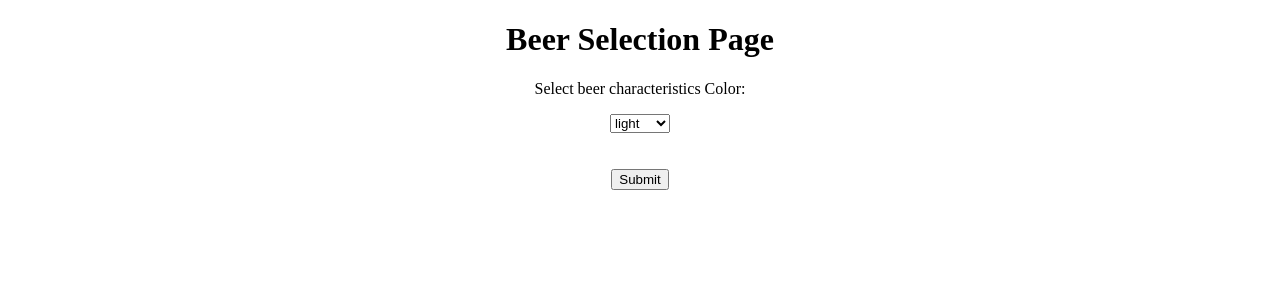
Repository: vedang03/servlet-jsp
Page: http://localhost/10-beer-app/beerSelect.jsp
The author's editor kept a copy of each file at every save. The page is drawn from the files as they stood at one save, then again after the next save.
The browser window is 1280 px wide. The pictures show the whole page.
The page is served by Tomcat 9. Other server files are loaded and not shown.

Above is the page before, as saved 2023-10-14 15:34:39.

### 10-beer-app/WebContent/beerSelect.jsp
<%@ page language="java" contentType="text/html; charset=ISO-8859-1"
    pageEncoding="ISO-8859-1"%>
<!DOCTYPE html>
<html>
<head>
<meta charset="ISO-8859-1">
<title>Insert title here</title>
</head>
<body>
<h1 align="center">Beer Selection Page</h1>
<form method="POST" action="SelectBeer.do">
<p align="center" >Select beer characteristics
Color:
</p>
<center>
<select name="color" size="1">
<option value="light">light</option>
<option value="amber">amber</option>
<option value="brown">brown</option>
<option value="dark">dark</option>
</select>
</center>
<br><br>
<center>
<input type="SUBMIT">
</center>
</form>
</body>
</html>

After the next save:
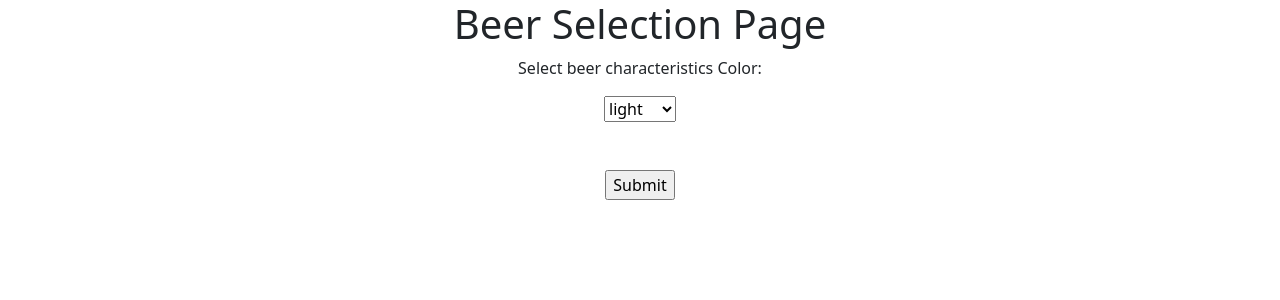
Saved 77 s later.
--- a/10-beer-app/WebContent/beerSelect.jsp
+++ b/10-beer-app/WebContent/beerSelect.jsp
@@ -5,6 +5,15 @@
 <head>
 <meta charset="ISO-8859-1">
 <title>Insert title here</title>
+<link
+	href="https://cdn.jsdelivr.net/npm/bootstrap@5.0.2/dist/css/bootstrap.min.css"
+	rel="stylesheet"
+	integrity="sha384-EVSTQN3/azprG1Anm3QDgpJLIm9Nao0Yz1ztcQTwFspd3yD65VohhpuuCOmLASjC"
+	crossorigin="anonymous">
+<script
+	src="https://cdn.jsdelivr.net/npm/bootstrap@5.0.2/dist/js/bootstrap.bundle.min.js"
+	integrity="sha384-MrcW6ZMFYlzcLA8Nl+NtUVF0sA7MsXsP1UyJoMp4YLEuNSfAP+JcXn/tWtIaxVXM"
+	crossorigin="anonymous"></script>
 </head>
 <body>
 <h1 align="center">Beer Selection Page</h1>
